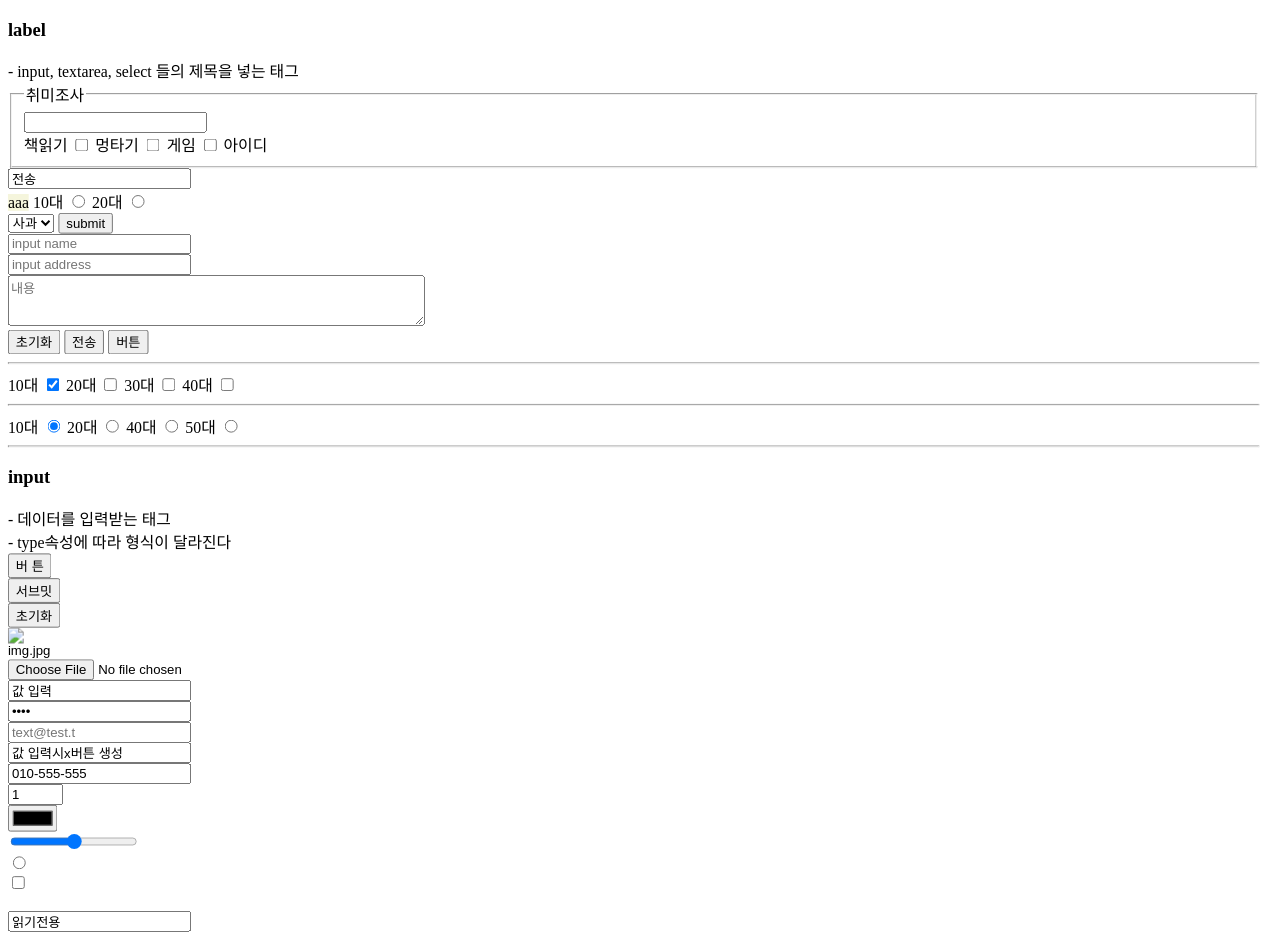
Repository: cleangggg/front
Page: html/ex09.html
The author's editor kept a copy of each file at every save. The page is drawn from the files as they stood at one save, then again after the next save.
The browser window is 1280 px wide. The pictures show the whole page, at 99% of full size.

Above is the page before, as saved 2023-05-23 04:04:31.

### html/ex09.html
<!DOCTYPE html>
<html>
<head>
<meta charset="UTF-8">
<title>Insert title here</title>
</head>
<body>
<h3>label</h3>
- input, textarea, select 들의 제목을 넣는 태그
<form action="">
	<fieldset>
	<legend>취미조사</legend>
	<input id="id"><br><!--id 현재페이지 값, name 다음페이지 값을전달  -->
	<label for="h1">책읽기</label>
	<input type="checkbox" id="h1">
	<label>멍타기</label>
	<input type="checkbox">
	<label>게임</label>
	<input type="checkbox">
	<label for ="id">아이디</label>
	</fieldset>
	<input method="submit" value="전송">

</form>
	<form method="get">
		<label style="background: beige;">aaa</label>
		10대 <input type="radio" value="10" name="age">
		20대 <input type="radio" value="20" name="age">
		<br>
		<select size="1" name="test">
			<option value="apple">사과
			<option>수박
			<option>딸기
		</select>
		<input type="submit" value="submit">
	</form>



<form action="ex06.html">
	<input type="text" name="name" placeholder="input name"><br>
	<input type="text" name="addr" placeholder="input address"><br>
	<textarea rows = "3" name="con" cols = "50" placeholder="내용"></textarea><br>
	<input type="reset" value="초기화">
	<input type="submit" value="전송">
	<input type="button" value="버튼">
</form>

<hr>
	10대 <input type="checkbox" name="age" checked="checked">
	20대 <input type="checkbox" name="age" >
	30대 <input type="checkbox" name="age" >
	40대 <input type="checkbox" name="age" >


<hr>
	10대 <input type="radio" name="age" checked="checked">
	20대 <input type="radio" name="age" >
	40대 <input type="radio" name="age11" >
	50대 <input type="radio" name="age11" >

<hr>
	<h3>input</h3>
	- 데이터를 입력받는 태그<br>
	- type속성에 따라 형식이 달라진다<br>
	<input type="button" value="버 튼"><br>
	<input type="submit" value="서브밋"><br>
	<input type="reset" value="초기화"><br>
	<input type="image" value="img.jpg" width="50"><br>
	<input type="file"><br>

	<input type="text" value="값 입력"><br>
	<input type="password" value="비밀번호"><br>
	<input type="email" placeholder="text@test.t"><br>
	<input type="search" value="값 입력시x버튼 생성"><br>
	<input type="tel" value="010-555-555"><br>
	<input type="number" min="1" max="10" value="1"><br>

	<input type="color"><br>
	<input type="range"><br>
	<input type="radio"><br>
	<input type="checkbox"><br>
	<input type="hidden" value="값을 숨김"><br>
	<input type="text" value="읽기전용" readonly="readonly"><br>

</body>
</html>

After the next save:
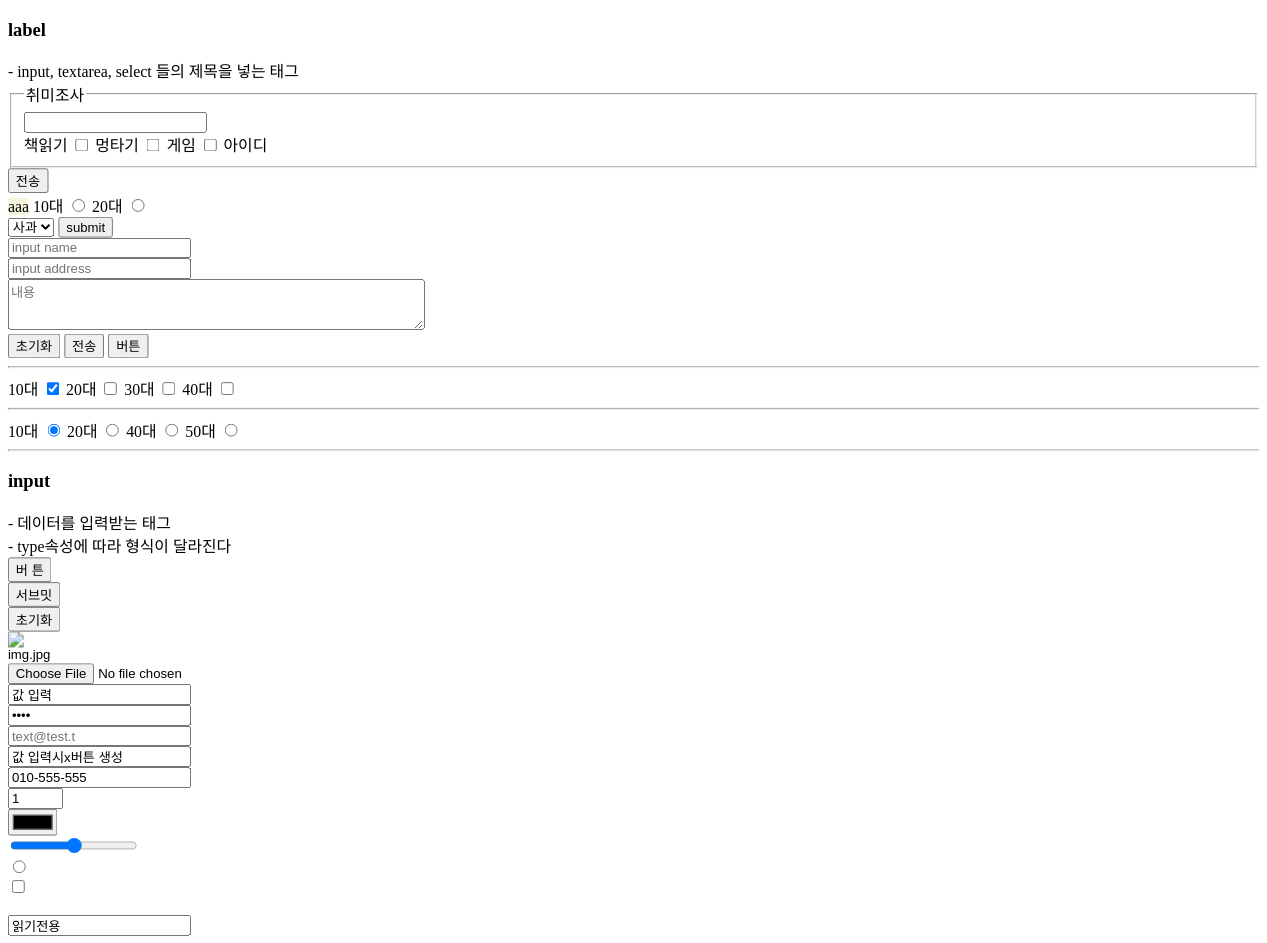
Saved 9 s later.
--- a/html/ex09.html
+++ b/html/ex09.html
@@ -19,7 +19,7 @@
 	<input type="checkbox">
 	<label for ="id">아이디</label>
 	</fieldset>
-	<input method="submit" value="전송">
+	<input type="submit" value="전송">
 
 </form>
 	<form method="get">
